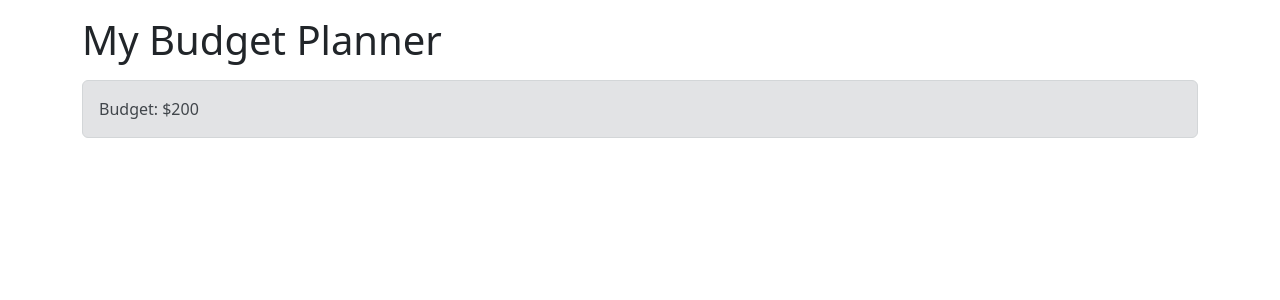
Repository: OmniaRafat232111121/budgetapp
Page: /
These files come from the project's save history. The page is drawn as it stood at one moment and after a run of saves; the edit follows.
The browser window is 1280 px wide. The pictures show the whole page.
The project was rebuilt for these pictures with package versions that can differ from the ones it lists, and the page was loaded fresh each time.

Above is the page before, as saved 2022-10-07 21:51:40.

### src/App.js
import React from 'react';
import 'bootstrap/dist/css/bootstrap.min.css';
import Budget from './components/Budget';

function App() {
  return (
    <div className='container'>
    <h1 className='mt-3'>My Budget Planner</h1>
    <div className='row mt-3'>
    <div className='col-sm'>
    <Budget/>
    </div>


    </div>

    </div>
  );
}

export default App;

### src/components/Budget.jsx
import React from 'react'

const Budget = () => {
  return (
    <div className='alert alert-secondary'>
      <span>Budget: $200</span>
    </div>
  )
}

export default Budget

Loaded but not shown: public/index.html (common file); src/index.js (common file)

After the next 6 saves:
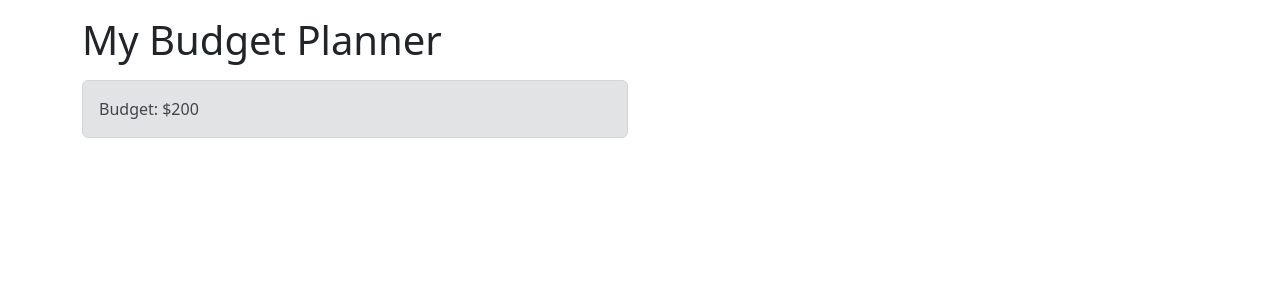
The 6 saves are shown as one change because they came seconds apart.
The last was saved 12 s later.
--- a/src/App.js
+++ b/src/App.js
@@ -10,6 +10,9 @@ function App() {
     <div className='col-sm'>
     <Budget/>
     </div>
+    <div className='col-sm'>
+
+    </div>
 
 
     </div>
